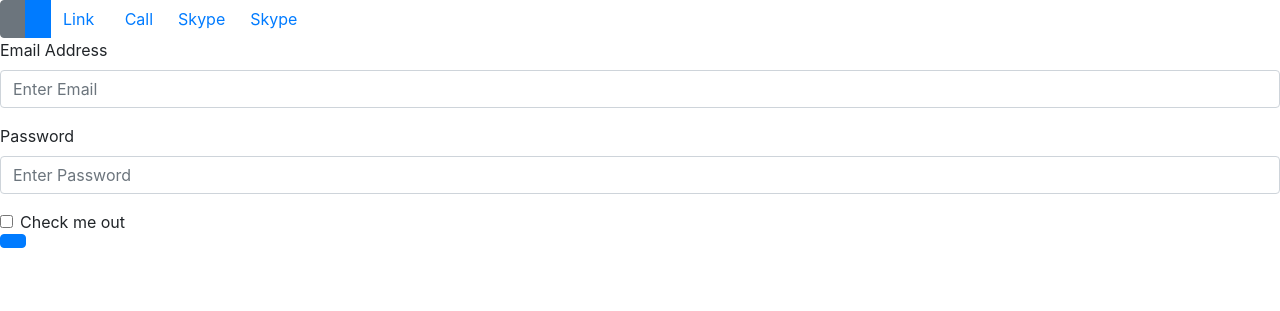
Repository: HwZau/conFusion
Page: index2.html
The author's editor kept a copy of each file at every save. The page is drawn from the files as they stood at one save, then again after the next save.
The browser window is 1280 px wide. The pictures show the whole page.

Above is the page before, as saved 2022-05-19 09:15:41.

### index2.html
<head>
    <meta charset="utf-8" />
    <meta name="viewport" content="width=device-width, initial-scale=1, shrink-to-fit=no" />
    <meta http-equiv="x-ua-compatible" content="ie=edge" />
    <title>Button Review</title>
    <link rel="stylesheet" href="node_modules/bootstrap/dist/css/bootstrap.min.css" />
    <link rel="stylesheet" href="css/style.css" />
</head>

<body>
    <div class="btn-group" role="group" aria-label="Basic Example">
        <button class="btn btn-secondary"></button>
        <button class="btn btn-primary"></button>
        <a href="#" class="btn btn-link">Link</a>
    </div>
    <div class="btn-group" role="group">
        <a href="#" class="btn" role="group"><i class="fa fa-phone"></i> Call</a>
        <a href="#" class="btn" role="group"><i class="fa fa-skype"></i> Skype</a>
        <a href="#" class="btn" role="group"><i class="fa fa-envelope"></i> Skype</a>
    </div>
    <form action="">
        <div class="form-group">
            <label for="e1">Email Address</label>
            <input type="email" class="form-control" id="e1" placeholder="Enter Email">
        </div>
        <div class="form-group">
            <label for="e2">Password</label>
            <input type="password" class="form-control" id="e2" placeholder="Enter Password">
        </div>
        <div class="form-check">
            <input type="checkbox" class="form-check-input" id="e3" placeholder="Enter Email">
            <label for="e3" class="form-check-label">Check me out</label>
        </div>
        <button type="submit" class="btn btn-primary"></button>
    </form>
</body>

### css/style.css

.row-header {
	margin: 0px auto;
	padding: 0px auto;
}

.row-content {
	margin: 0 auto;
	padding: 50px 0px 50px 0px;
	border-bottom: 1px ridge;
	min-height: 400px;
}

.footer {
	background-color: #D1C4E9;
	margin: 0px auto;
	padding: 20px 0px 20px 0px;
}

.jumbotron {
	padding: 70px 30px 70px 30px;
	margin: 0px auto;
	background: #9575CD;
	color: floralwhite;
}

address {
	font-size: 90%;
	margin: 0px;
	color:#0f0f0f;
}

Loaded but not shown: node_modules/bootstrap/dist/css/bootstrap.min.css (library)

After the next save:
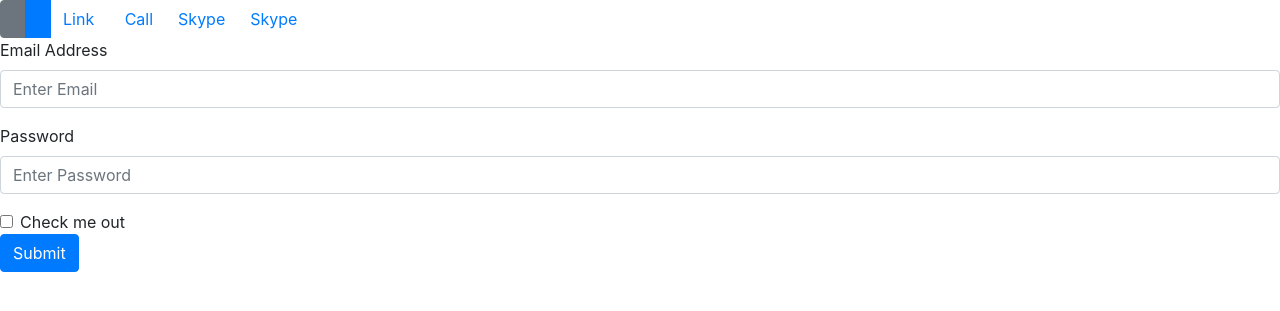
Saved 8 s later.
--- a/index2.html
+++ b/index2.html
@@ -31,6 +31,6 @@
             <input type="checkbox" class="form-check-input" id="e3" placeholder="Enter Email">
             <label for="e3" class="form-check-label">Check me out</label>
         </div>
-        <button type="submit" class="btn btn-primary"></button>
+        <button type="submit" class="btn btn-primary">Submit</button>
     </form>
 </body>
